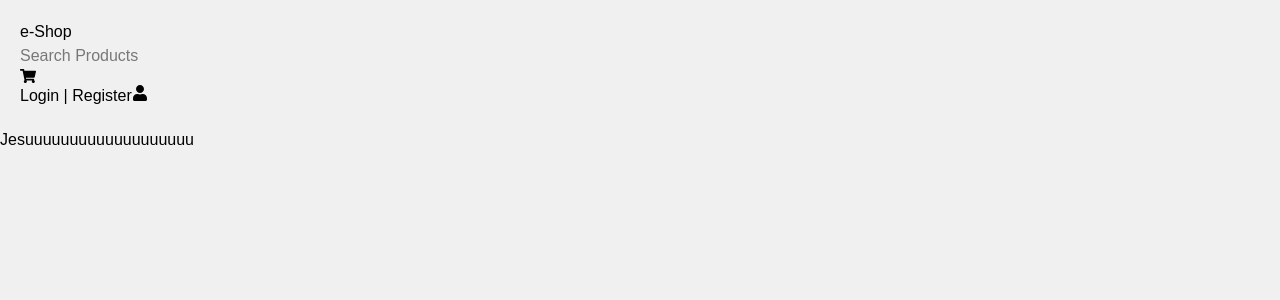
Repository: EmmyDunny1/frontend-ecommerce
Page: /
An editor plug-in stored every save of this project. The page is shown before and after the next save, followed by the edit.
The browser window is 1280 px wide. The pictures show the whole page.
The project was rebuilt for these pictures with package versions that can differ from the ones it lists, and the page was loaded fresh each time. Also part of the build but not shown: vite.config.js.

Above is the page before, as saved 2025-05-08 21:37:03.

After the next save:
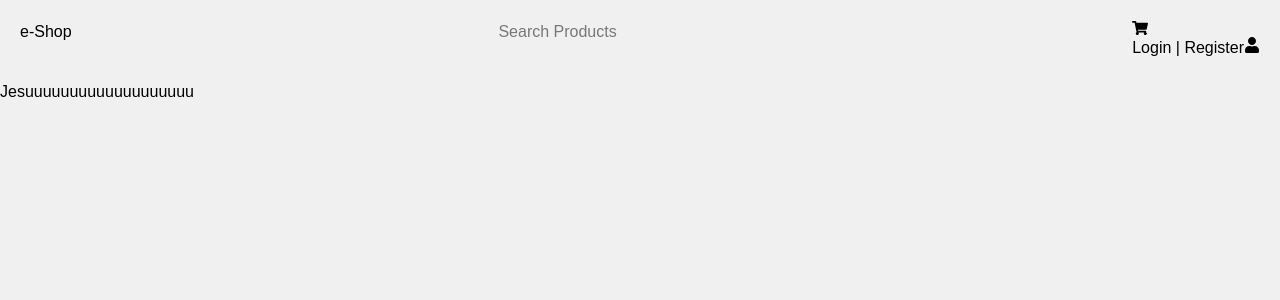
Saved 10 s later.
--- a/src/components/Navbar.jsx
+++ b/src/components/Navbar.jsx
@@ -5,7 +5,7 @@ import { FaShoppingCart, FaUser } from 'react-icons/fa'
 const Navbar = () => {
   return (
     <nav>
-      <div className='container mx-auto px-4 md:px-16px lg:px-24px justify-between '>
+      <div className='container flex mx-auto px-4 md:px-16px lg:px-24px justify-between '>
         <div>
           <Link to='/'>e-Shop</Link>
         </div>
